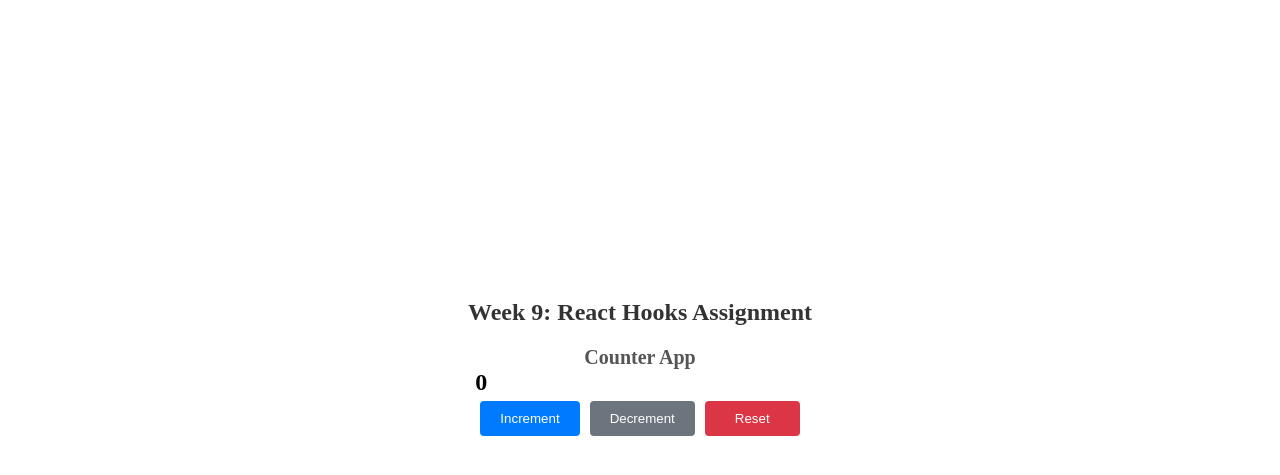
Repository: Daki-builds/REACT-HOOKS
Page: /
These files come from the project's save history. The page is drawn as it stood at one moment and after the next save; the edit follows.
The browser window is 1280 px wide. The pictures show the whole page.
The project was rebuilt for these pictures with package versions that can differ from the ones it lists, and the page was loaded fresh each time. Also part of the build but not shown: vite.config.js, src/index.css.

Above is the page before, as saved 2026-10-28 10:25:24.

After the next save:
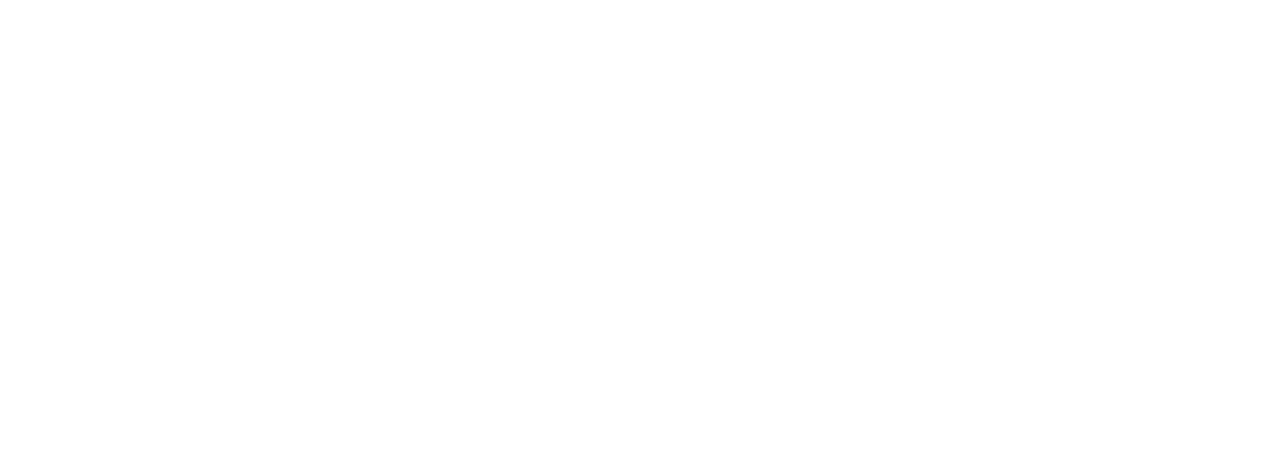
Console error: ReferenceError: TodoList is not defined
Saved 50 s later.
--- a/src/App.jsx
+++ b/src/App.jsx
@@ -5,7 +5,8 @@
   return (
     <div className="app">
       <h1 className="app-title">Week 9: React Hooks Assignment</h1>
-      <Counter />
+      {/* <Counter /> */}
+      <TodoList />
     </div>
   );
 }

After the 5 saves that followed:
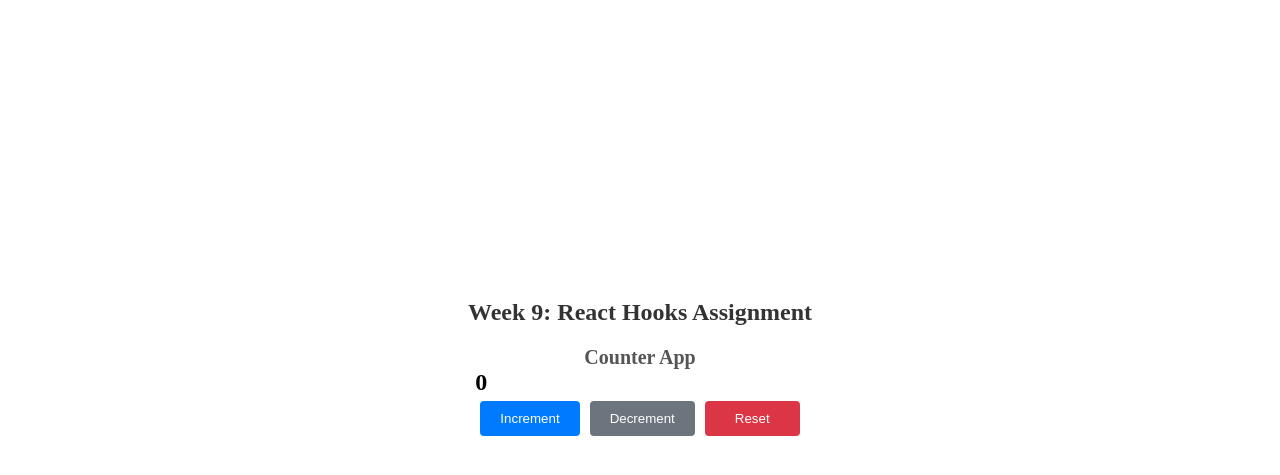
The error is gone.
The 5 saves are shown as one change because 4 did not build or start.
The last was saved 7 min 2 s later.
--- a/src/App.jsx
+++ b/src/App.jsx
@@ -5,8 +5,7 @@
   return (
     <div className="app">
       <h1 className="app-title">Week 9: React Hooks Assignment</h1>
-      {/* <Counter /> */}
-      <TodoList />
+      <Counter />
     </div>
   );
 }
